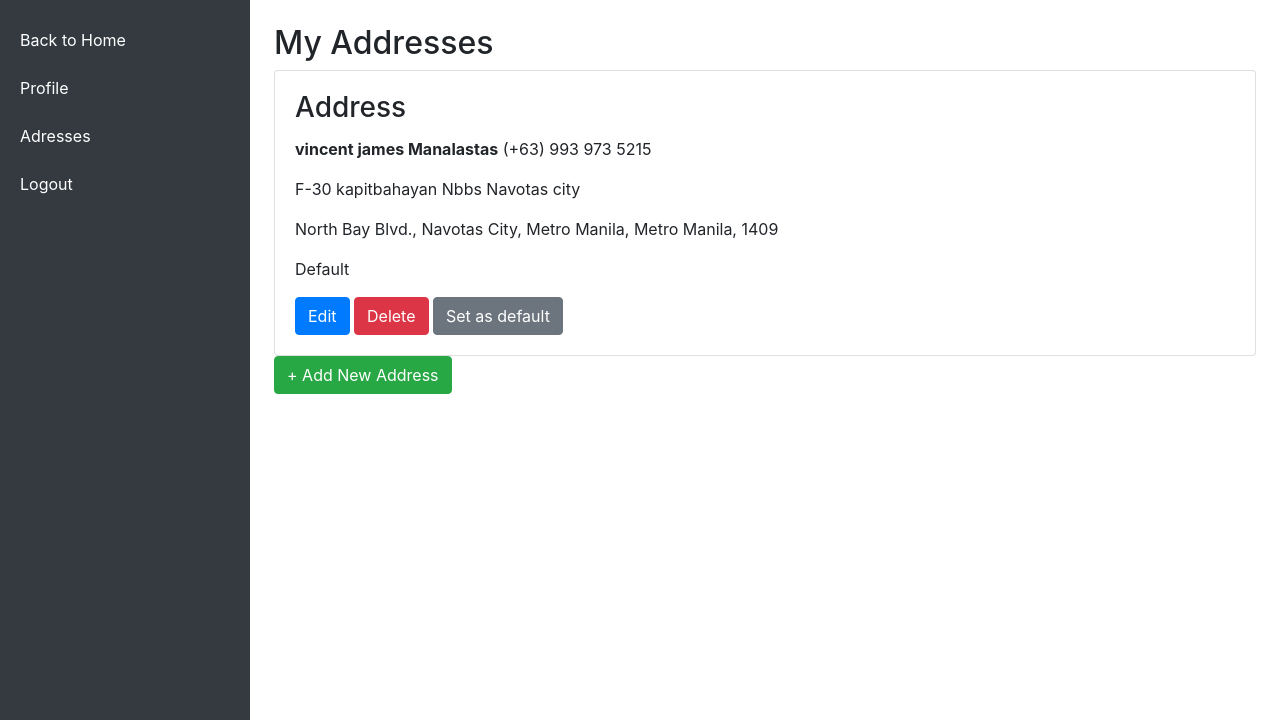
Repository: Darkrepo23/Ecommerce-Manalastas-project
Page: adress.html
The author's editor kept a copy of each file at every save. The page is drawn from the files as they stood at one save, then again after the next save.
The browser window is 1280 px wide. The pictures show the whole page.
Some web libraries are served in a nearby version.

Above is the page before, as saved 2026-01-06 07:14:53.

After the next save:
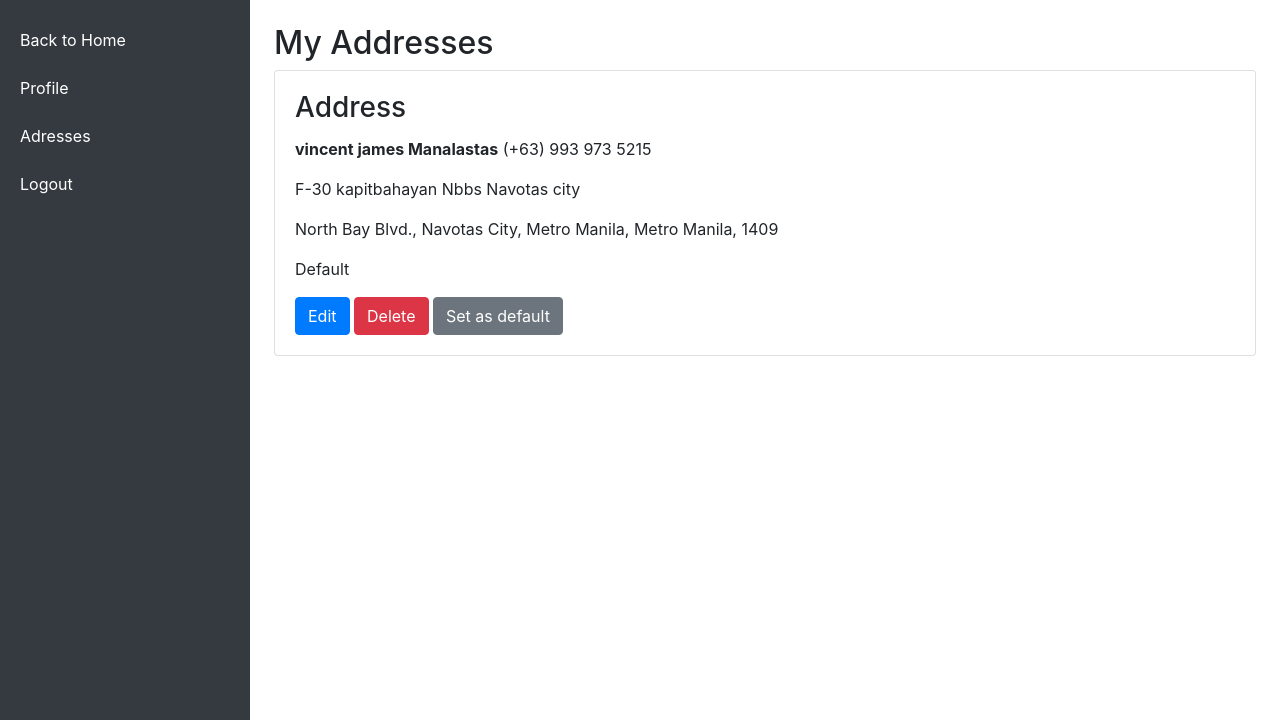
Saved 29 s later.
--- a/adress.html
+++ b/adress.html
@@ -91,7 +91,7 @@
                     <button class="btn btn-secondary">Set as default</button>
                 </div>
             </div>
-            <button class="btn btn-success">+ Add New Address</button>
+
         </div>
     </div>
 
